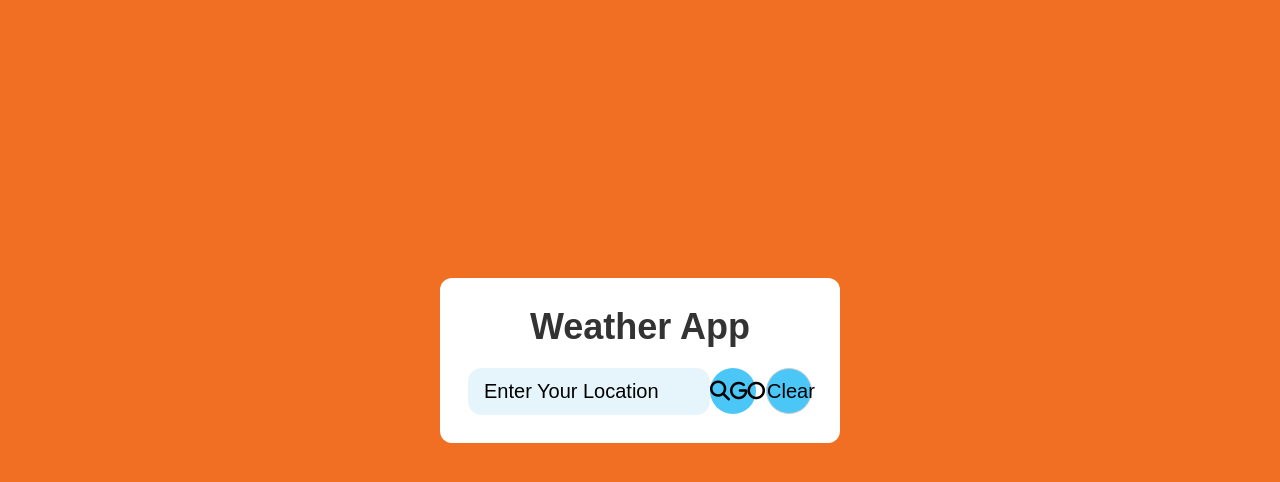
Repository: kapucuonur/weather-app
Page: index.html
These files come from the project's save history. The page is drawn as it stood at one moment and after the next save; the edit follows.
The browser window is 1280 px wide. The pictures show the whole page.
The page's requests for data from a server got no answer. Some web libraries are served in a nearby version.

Above is the page before, as saved 2024-11-16 17:25:18.

After the next save:
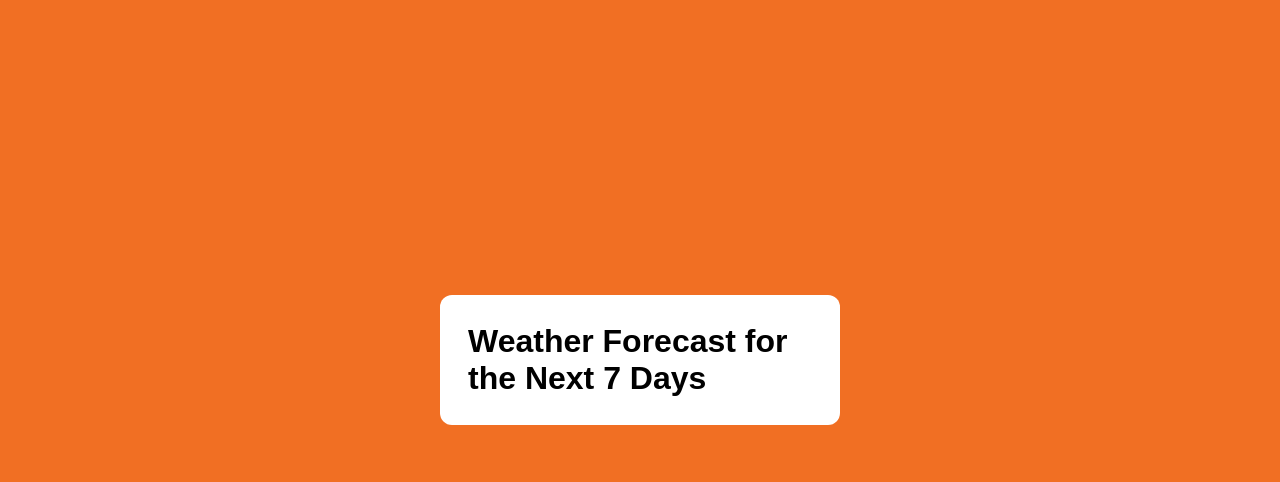
Console error: TypeError: Cannot read properties of null (reading 'addEventListener')
Saved 3 min 7 s later.
--- a/index.html
+++ b/index.html
@@ -2,63 +2,18 @@
 <html lang="en">
 <head>
     <meta charset="UTF-8">
-    <meta http-equiv="X-UA-Compatible" content="IE=edge">
     <meta name="viewport" content="width=device-width, initial-scale=1.0">
-    <title>Weather App With JavaScript</title>
+    <title>Weather Forecast</title>
     <link rel="stylesheet" href="style.css">
+</head>
+<body>
+    <div class="container">
+        <h1>Weather Forecast for the Next 7 Days</h1>
 
-</head>
-
-<body>
-
-    <div class="container">
-         <!-- Başlık ekledik -->
-         <h1 class="app-title">Weather App</h1>
-        <div class="header">
-            <div class="search-box">
-                <input type="text" placeholder="Enter your location" class="input-box">
-                <button class="fa-solid fa-magnifying-glass" id="searchBtn">Go</button>
-                <!-- Clear button added here -->
-                <button class="clear-btn" id="clearBtn">Clear</button>
-            </div>
-
-        </div>
-
-        <div class="location-not-found">
-            <h1>Sorry, Location not found!!!</h1>
-            <img src="/assets/404.png" alt="404 Error">
-        </div>
-
-        <div class="weather-body">
-            <img src="/assets/cloud.png" alt="Weather Image" class="weather-img">
-
-            <div class="weather-box">
-                <p class="temperature">0 <sup>°C</sup></p>
-                <p class="description">light rain</p>
-            </div>
-
-            <div class="weather-details">
-                <div class="humidity">
-                    <i class="fa-sharp fa-solid fa-droplet"></i>
-                    <div class="text">
-                        <span id="humidity">45%</span>
-                        <p>Humidity</p>
-                    </div>
-                </div>
-
-                <div class="wind">
-                    <i class="fa-solid fa-wind"></i>
-                    <div class="text">
-                        <span id="wind-speed">12Km/H</span>
-                        <p>Wind Speed</p>
-                    </div>
-                </div>
-            </div>
-        </div>
+        <!-- Hava tahminlerini burada göstereceğiz -->
+        <div class="forecast-container"></div>
     </div>
 
-
     <script src="script.js"></script>
-    <script src="https://kit.fontawesome.com/595a890311.js" crossorigin="anonymous"></script>
 </body>
 </html>
